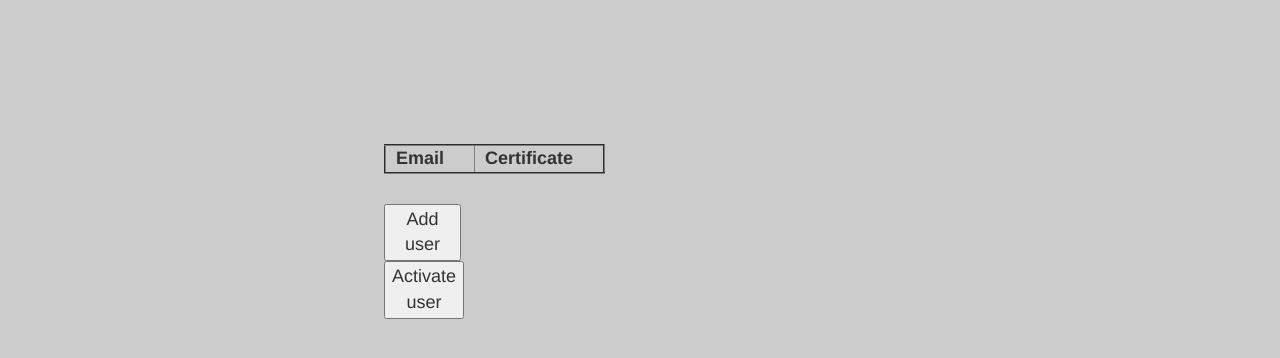
Repository: marijabroceta/ProjekatIB
Page: IB_Project_Shell/src/main/resources/static/main_page.html
An editor plug-in stored every save of this project. The page is shown before and after the next save, followed by the edit.
The browser window is 1280 px wide. The pictures show the whole page.
The page's requests for data from a server got no answer.

Above is the page before, as saved 2018-06-30 17:50:57.

### IB_Project_Shell/src/main/resources/static/main_page.html
<!DOCTYPE html>
<html>
<head>
	<title>Main</title>
	<script src="js/jquery-2.1.4.min.js"></script>
	<link rel="stylesheet" type="text/css" href="bootstrap/css/bootstrap.min.css"/>
    <script src="bootstrap/js/bootstrap.min.js"></script>
    <link rel="stylesheet" type="text/css" href="css/main_page.css">
    <script src="js/main_page.js" type="text/javascript"></script>
</head>
<body>
	<div id="table">
		<table id="users_table" border="2">
			<tr>
				<th>Email</th>
				<th>Certificate</th>
			</tr>
		</table>
		<button id="add_user">Add user</button>
		<button id="activate_user">Activate user</button>
		<div id="add_form">
			<form name="add_user_form" method="post" id="add_user_form">
		       	<label for="email">Email</label>
		 		<input type="text" id="email" name="email"><br>
		 		<label for="password">Password</label>
		 		<input type="password" id="password" name="password"><br>
		 		<input type="submit" name="submit" id="submit" value="submit" class="button" /><br>
		 		<input type="button" name="cancel" id="cancel" value="cancel" class="button" />
	    	</form>
		</div>
	</div>
</body>
</html>

### IB_Project_Shell/src/main/resources/static/css/main_page.css
#table{
	position: absolute;
    top: 20%;
    left: 30%;
    right: 30%;
    bottom: 20%;
    font-size: 18px;
}

th{
	padding-right: 30px;
	padding-left: 10px;
}

body {
    text-align: center;
    background: #ccc;
}

#add_user{
	margin-top: 30px;
	margin-right: 85%;
}

#activate_user{
	margin-right:85%;
}

#add_form{
	margin-top: 30px;
}

label,input {
 display: block;
width: 200px;
 float: left;
 margin-left: 20px;
 margin-bottom: 10px;

}

label {
 text-align: right;
 width: 75px;
 padding-right: 20px;

}

br {
 clear: left;
}

#submit,#cancel{
	margin-left: 19%;
}

### IB_Project_Shell/src/main/resources/static/js/main_page.js
$(document).ready(function(){

	var token = localStorage.getItem("token");
	console.log(token);
	var logged = null;

	$.ajax({
		url: "https://localhost:8443/api/users/logged",
		type: 'GET',
		headers: { "Authorization": "Bearer " + token},
		contentType : "application/json",
		dataType:'json',
		crossDomain: true,
		success : function(response) {

			console.log("logged " + response.authorities[0].name);
			logged = response;
		},
		error: function (jqXHR, textStatus, errorThrown) {
			console.log(jqXHR.status);
			console.log(jqXHR);

		}
	});


	$.ajax({

		headers:{"Authorization" :"Bearer " + token,
			},
		contentType: 'application/json',
		type: 'GET',
		dataType:'json',
		crossDomain: true,
		url:'https://localhost:8443/api/users',
		success:function(response){
			table_header();
			var table = $('#users_table');
			for(var i=0; i<response.length; i++) {
				user = response[i];
				console.log(user);
				table.append('<tr class="data">'+
								'<td>'+user.email+'</td>'+
								'<td>'+user.authorities[0].name+'</td>'+
								'<td><button class="btn btn-default">Download</button></td>'+
							'</tr>');
			}
		},
		error: function (jqXHR, textStatus, errorThrown) {
			console.log(jqXHR);
			alert(textStatus);
		}
	});


	$('#add_form').hide();

	$('#add_user').on('click',function(e){
		$('#add_form').show();
		e.preventDefault();
		return false;
	});

	$('#cancel').on('click',function(e){
		$('#add_form').hide();
		e.preventDefault();
		return false;
	});

	$('input#submit').on('click',function(e){

		console.log("submit");
		var email = $('#email').val().trim();
		var password = $('#password').val().trim();

		var data = {
				'email':email,
				'password':password
			}
			console.log(data);
		$.ajax({
				type: 'POST',
		        contentType: 'application/json',
		        headers:{"Authorization" :"Bearer " + token,
		        	"Access-Control-Allow-Origin": "*"},
		        url: 'https://localhost:8443/api/users/save',
		        data: JSON.stringify(data),
		        dataType: 'json',
		        crossDomain: true,
				cache: false,
				processData: false,
				success:function(response){
					alert("Created");
				},
				error: function (jqXHR, textStatus, errorThrown) {
					console.log(jqXHR);
					alert(textStatus);
				}
		});
		e.preventDefault();
		return false;
	});
});

function table_header(){
	var table = $('#users_table');
	table.empty();
	table.append('<tr>'+
					'<th>Email</th>'+
					'<th>Role</th>'+
					'<th>Certificate</th>'+
				'</tr>');
}

function get_users(){

}

Loaded but not shown: IB_Project_Shell/src/main/resources/static/js/jquery-2.1.4.min.js (library); IB_Project_Shell/src/main/resources/static/bootstrap/css/bootstrap.min.css (library); IB_Project_Shell/src/main/resources/static/bootstrap/js/bootstrap.min.js (library)

After the next save:
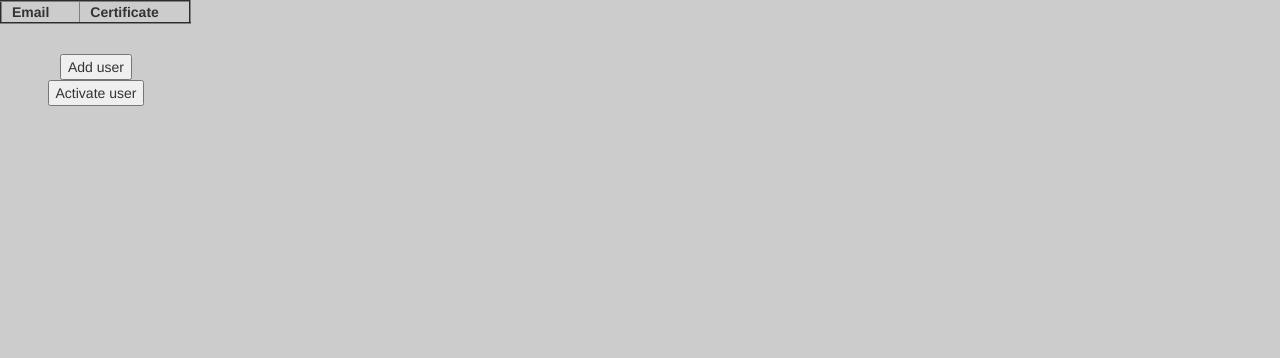
Saved 2 min 0 s later.
--- a/IB_Project_Shell/src/main/resources/static/css/main_page.css
+++ b/IB_Project_Shell/src/main/resources/static/css/main_page.css
@@ -1,11 +1,11 @@
-#table{
+/*#table{
 	position: absolute;
     top: 20%;
     left: 30%;
     right: 30%;
     bottom: 20%;
     font-size: 18px;
-}
+}*/
 
 th{
 	padding-right: 30px;
